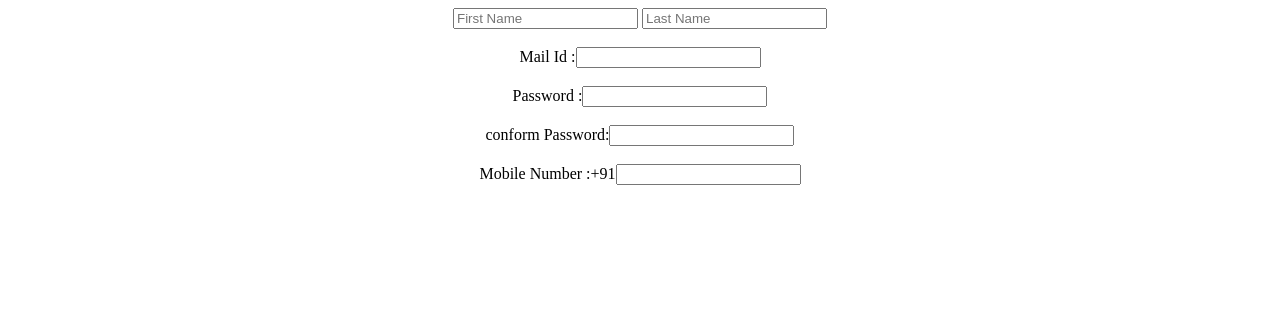
Repository: AbubakarShaik/Java_J2EE_Project
Page: http://localhost/com.testprojectServlet/Registration.jsp
These files come from the project's save history. The page is drawn as it stood at one moment and after the next save; the edit follows.
The browser window is 1280 px wide. The pictures show the whole page.
The page is served by Tomcat 9.

Above is the page before, as saved 2016-12-19 16:59:04.

After the next save:
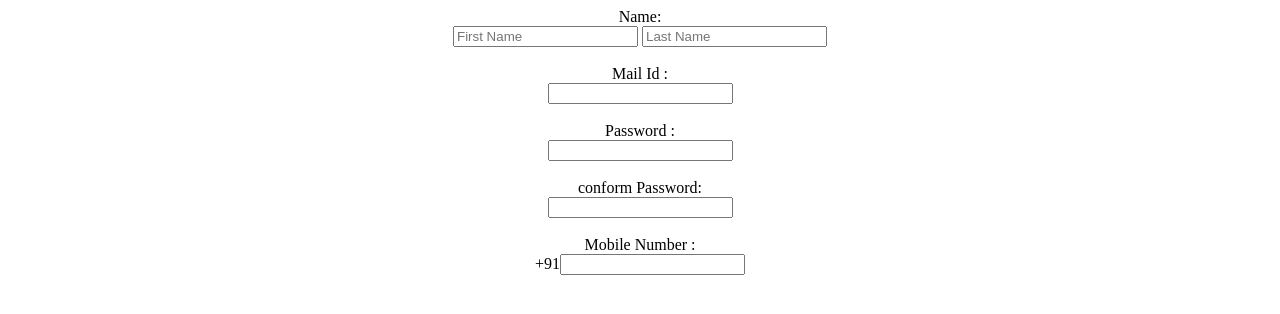
Saved 3 min 16 s later.
--- a/com.testprojectServlet/WebContent/Registration.jsp
+++ b/com.testprojectServlet/WebContent/Registration.jsp
@@ -9,23 +9,27 @@
 <body>
 
 <center>
-<input type="text" name="Name" placeholder="First Name"> <input type="text" placeholder="Last Name">
+Name:<br> <input type="text" placeholder="First Name"> <input type="text" placeholder="Last Name">
 <br>
 
 <br>
-Mail Id  :<input type="text" name="Mail Id">
+Mail Id  :<br>
+<input type="text" name="Mail Id">
 <br>
 
 <br>
-Password :<input type="text" name="Password">
+Password :<br>
+<input type="text" name="Password">
 <br>
 
 <br>
-conform Password:<input type="text" name="Password">
+conform Password:<br>
+<input type="text" name="Password">
 <br>
 
 <br>
-Mobile Number   :+91<input type="text" name="Number">
+Mobile Number   :<br>
++91<input type="text" name="Number">
 
 </center>
 </body>
